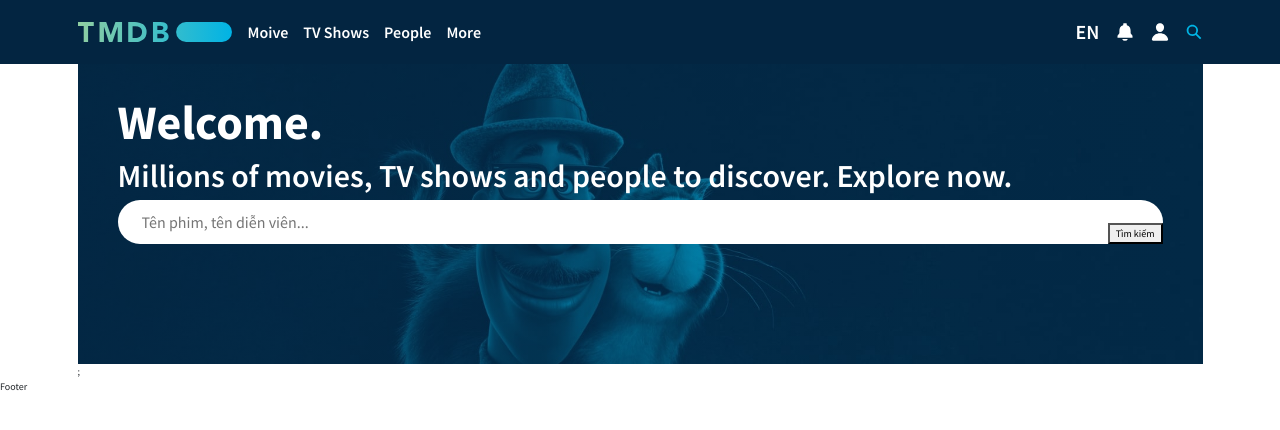
Repository: nguyennam1029/TMDB-App
Page: /
An editor plug-in stored every save of this project. The page is shown before and after the next save, followed by the edit.
The browser window is 1280 px wide. The pictures show the whole page.
The project was rebuilt for these pictures with package versions that can differ from the ones it lists, and the page was loaded fresh each time. Also part of the build but not shown: src/components/ui/HeroCart/heroCart.css, src/components/ui/HeroCart/HeroCart.jsx, src/page/Search.jsx. Imported but missing from the stored project, and not drawn on this page: src/components/ui/ListHero/ListHero, src/page/HeroDetail.

Above is the page before, as saved 2022-09-26 20:21:48.

### public/index.html
<!DOCTYPE html>
<html lang="en">
  <head>
    <meta charset="utf-8" />
    <link rel="icon" href="%PUBLIC_URL%/favicon.ico" />
    <meta name="viewport" content="width=device-width, initial-scale=1" />
    <meta name="theme-color" content="#000000" />
    <meta
      name="description"
      content="Web site created using create-react-app"
    />
    <link rel="apple-touch-icon" href="%PUBLIC_URL%/logo192.png" />
    <!--
      manifest.json provides metadata used when your web app is installed on a
      user's mobile device or desktop. See https://developers.google.com/web/fundamentals/web-app-manifest/
    -->
    <link rel="manifest" href="%PUBLIC_URL%/manifest.json" />
    <!--
      Notice the use of %PUBLIC_URL% in the tags above.
      It will be replaced with the URL of the `public` folder during the build.
      Only files inside the `public` folder can be referenced from the HTML.

      Unlike "/favicon.ico" or "favicon.ico", "%PUBLIC_URL%/favicon.ico" will
      work correctly both with client-side routing and a non-root public URL.
      Learn how to configure a non-root public URL by running `npm run build`.
    -->
    <link
      rel="stylesheet"
      href="https://cdn.jsdelivr.net/npm/bootstrap@5.1.0/dist/css/bootstrap.min.css"
    />
    <title>React App</title>
  </head>
  <body>
    <noscript>You need to enable JavaScript to run this app.</noscript>
    <div id="root"></div>
    <!--
      This HTML file is a template.
      If you open it directly in the browser, you will see an empty page.

      You can add webfonts, meta tags, or analytics to this file.
      The build step will place the bundled scripts into the <body> tag.

      To begin the development, run `npm start` or `yarn start`.
      To create a production bundle, use `npm run build` or `yarn build`.
    -->
  </body>
</html>

### src/index.js
import React from "react";
import ReactDOM from "react-dom/client";
import { BrowserRouter as Router } from "react-router-dom";

import { Provider } from "react-redux";
import store from "./store";
import "./index.css";
import App from "./App";

const root = ReactDOM.createRoot(document.getElementById("root"));
root.render(
  <React.StrictMode>
    <Provider store={store}>
      <Router>
        <App />
      </Router>
    </Provider>
  </React.StrictMode>
);

// If you want to start measuring performance in your app, pass a function
// to log results (for example: reportWebVitals(console.log))
// or send to an analytics endpoint. Learn more: https://bit.ly/CRA-vitals

### src/store.js
import rootReducer from "./redux/reducers";

import { createStore } from "redux";
const store = createStore(
  rootReducer,
  window.__REDUX_DEVTOOLS_EXTENSION__ && window.__REDUX_DEVTOOLS_EXTENSION__()
);

export default store;

### src/index.css
@import url('https://fonts.googleapis.com/css2?family=Source+Sans+Pro:wght@200;300;400;600;700;900&display=swap');

html {
  font-size: 62.5%;
}

body {
  font-family: 'Source Sans Pro',
    sans-serif;

}

:root {
  --primary-text-color: #fff;
}

*,
*::before,
*::after {
  box-sizing: border-box;
}




img,
picture,
video,
canvas,
svg {
  display  : block;
  max-width: 100%;
}

input,
button,
textarea,
select {
  outline: none;
}

p,
h1,
h2,
h3,
h4,
h5,
h6 {
  overflow-wrap: break-word;
}

a {
  color          : inherit;
  text-decoration: none;
}

ul {
  padding: 0;
  margin : 0;
}

li {
  list-style: none;
}

### src/redux/reducers.js
const initState = {
  search: "",
  selectItem: {},
  listHeros: [],
};

const rootReducer = (state = initState, action) => {
  switch (action.type) {
    case "listHeros":
      return {
        ...state,
        listHeros: action.payload,
      };
    case "selectItem":
      return {
        ...state,
        selectItem: action.payload,
      };
    case "seachrItem":
      return {
        ...state,
        search: action.payload,
      };
    default:
      return state;
  }
};
export default rootReducer;

### src/components/Layout/Layout.jsx
import React from "react";

import Header from "../Header/Header";
import Footer from "../Footer/Footer";
// import Routers from "../../routes/Routers";
import Routers from "../../routes/Routers";

const Layout = () => {
  return (
    <>
      <Header />
      <Routers />
      <Footer />
    </>
  );
};

export default Layout;

### src/components/Header/Header.jsx
import React from "react";

import { Link, useNavigate } from "react-router-dom";
import { useState } from "react";
import { useDispatch } from "react-redux";
import { seachrItem } from "../../redux/action";
import { useEffect } from "react";
import {
  IoSearchOutline,
  IoNotificationsSharp,
  IoPerson,
  IoSearchSharp,
} from "react-icons/io5";
import { Container } from "react-bootstrap";
import Dropdown from "react-bootstrap/Dropdown";
import { NavLink } from "react-router-dom";
import logo from "../../assets/images/logo.svg";
import "./header.css";
const Header = () => {
  // const dispatch = useDispatch();
  // const [searchName, setSearchName] = useState("");
  // const Navigate = useNavigate();
  // const handleOnchange = (value) => {
  //   value !== "" ? Navigate("/seachr") : Navigate("/");
  //   setSearchName(value);
  // };

  // useEffect(() => {
  //   dispatch(seachrItem(searchName));
  // }, [searchName]);
  // return (
  //   <ul>
  //     <li>
  //       <Link to={"/home"} onClick={() => setSearchName("")}>
  //         Home
  //       </Link>
  //     </li>
  //     <li>
  //       <input
  //         type="text"
  //         value={searchName}
  //         placeholder="Tìm kiếm"
  //         onChange={(e) => {
  //           handleOnchange(e.target.value);
  //         }}
  //       />
  //     </li>
  //     <li>
  //       Tim kiem <IoSearchOutline />
  //     </li>
  //   </ul>
  // );
  //CÁC MENU ITEM
  const NavItemLinks = [
    {
      display: "Moive",
      url: "/moive",
    },
    {
      display: "TV Shows",
      url: "/tvshows",
    },
    {
      display: "People",
      url: "/people",
    },
    {
      display: "More",
      url: "/More",
    },
  ];
  return (
    <div className="header">
      <Container>
        <div className="nav d-flex align-items-center justify-content-between">
          <div className="nav__left d-flex align-items-center justify-content-center mr-3">
            <NavLink to="/" className="nav__left--img d-block">
              <img src={logo} alt="" />
            </NavLink>

            <ul className="nav__list d-flex align-items-center gap-4">
              {NavItemLinks.map((item, index) => (
                <li className="nav__item" key={index}>
                  <NavLink
                    to={item.url}
                    className={(navClass) =>
                      navClass.isActive ? "active" : ""
                    }
                  >
                    {item.display}
                  </NavLink>
                </li>
              ))}
            </ul>
          </div>
          <div className="nav__right">
            <ul className="nav__list d-flex align-items-center gap-4">
              <li className="nav__item nav__right--item">
                <NavLink
                  to="en"
                  className={(navClass) => (navClass.isActive ? "active" : "")}
                >
                  EN
                </NavLink>
              </li>

              <li className="nav__item nav__right--item">
                <NavLink
                  to="noti"
                  className={(navClass) => (navClass.isActive ? "active" : "")}
                >
                  <IoNotificationsSharp />
                </NavLink>
              </li>

              <li className="nav__item nav__right--item">
                <NavLink
                  to="user"
                  className={(navClass) => (navClass.isActive ? "active" : "")}
                >
                  <IoPerson />
                </NavLink>
              </li>

              <li className="nav__item nav__right--item search">
                <NavLink
                  to="user"
                  className={(navClass) => (navClass.isActive ? "active" : "")}
                >
                  <IoSearchSharp />
                </NavLink>
              </li>
            </ul>
          </div>
        </div>
      </Container>
    </div>
  );
};
export default Header;

### src/components/Footer/Footer.jsx
import React from "react";

const Footer = () => {
  return <div>Footer</div>;
};
export default Footer;

### src/routes/Routers.jsx
import { Routes, Route, Navigate } from "react-router-dom";

import React from "react";

import { HomePage } from "../page/Home";
import { HeroDetail } from "../page/HeroDetail";
import { Search } from "../page/Search";

const Routers = () => {
  return (
    <Routes>
      <Route path="/" element={<Navigate to="/Home" />} />
      <Route path="/Home" element={<HomePage />} />
      <Route path="/Home/:id" element={<HeroDetail />} />
      <Route path="/seachr" element={<Search />} />
    </Routes>
  );
};
export default Routers;

### src/redux/action.js
export const getListHeros = (heros) => {
  return {
    type: "listHeros",
    payload: heros,
  };
};

export const selectItem = (item) => {
  return {
    type: "selectItem",
    payload: item,
  };
};

export const seachrItem = (item) => {
  return {
    type: "seachrItem",
    payload: item,
  };
};
// export 1 cái getListHeros thì lại đc
// => ko thể sử dụng cú pháp export const getListHeros = (heros) => {...}

// export default getListHeros; export 1 cái thì không lỗi

// export { getListHeros, testt }; cách này củng lỗi

### src/components/Header/header.css
.header {
    background-color: #032541;
    display         : flex;
    justify-content : center;
    align-items     : center;
    position        : fixed;
    top             : 0;
    left            : 0;

    height    : 64px;
    width     : 100%;
    z-index   : 10;
    transition: top 0.2s linear;

}

.nav__left--img {
    width       : 154px;
    height      : auto;
    margin-right: 16px;
}

.nav__left--img img {
    width: 100%;
}

.nav__item {
    font-size  : 1.6rem;
    color      : var(--primary-text-color);
    font-weight: 600;
}

.nav__right--item {
    font-size  : 2rem;
    font-weight: 600;
}

.nav__right--item.search {
    font-size  : 1.8rem;
    color      : #01b4e4;
    font-weight: 800;

}

### src/page/Home.jsx
import React from "react";
import { Banner } from "../components/Banner/Banner";
import { ListHero } from "../components/ui/ListHero/ListHero";
// import Slider from "../components/ui/Slider/Slider";

export const HomePage = () => {
  return (
    <div>
      <Banner />
      {/* <ListHero /> */}
    </div>
  );
};

### src/components/Banner/Banner.jsx
import React from "react";

import { Container } from "react-bootstrap";
import "./banner.css";
export const Banner = () => {
  return (
    <Container>
      <div className="banner">
        <div className="banner-content">
          <div className="banner-title">
            <h2>Welcome.</h2>
            <h3>
              Millions of movies, TV shows and people to discover. Explore now.
            </h3>
          </div>
          <div className="banner-search">
            <input type="text" placeholder="Tên phim, tên diễn viên..." />
            <button>Tìm kiếm</button>
          </div>
        </div>
      </div>
      ;
    </Container>
  );
};

### src/components/Banner/banner.css
.banner {
    margin-top: 64px;
    background-image: linear-gradient(to right, rgba(3, 37, 65, 0.8) 0%, rgba(3, 37, 65, 0) 100%),
        url("../../assets/images/banner.jpg");
    min-height: 300px;

    max-height         : 360px;
    background-position: top center;
    background-size    : cover;
    background-repeat  : no-repeat;
    color              : #fff;
}

.banner-content {
    padding: 30px 40px;
}

.banner-title {}

.banner-title h2 {
    font-size  : 4.8rem;
    font-weight: 700;
}

.banner-title h3 {
    font-size  : 3.2rem;
    font-weight: 600;
}

.banner-search {
    width   : 100%;
    position: relative;
}

.banner-search input {
    width                : 100%;
    padding              : 10px 24px;
    border               : none;
    font-size            : 1.6rem;
    border-radius        : 6rem;
    -webkit-border-radius: 6rem;
    -moz-border-radius   : 6rem;
    -ms-border-radius    : 6rem;
    -o-border-radius     : 6rem;
}

.banner-search button {
    position: absolute;
    bottom  : 0;
    right   : 0;
}

Loaded but not shown: src/App.js (common file)

After the next save:
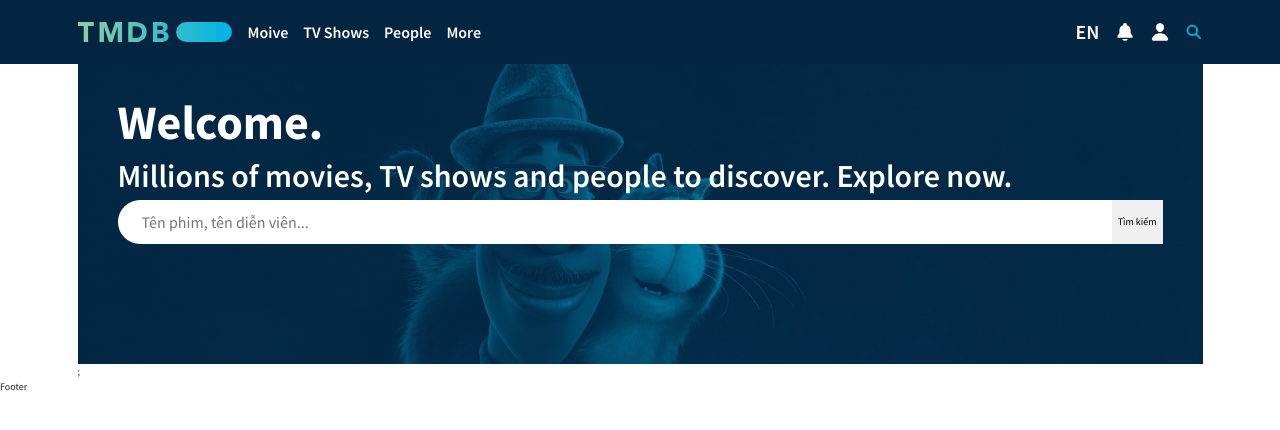
Saved 21 s later.
--- a/src/components/Banner/banner.css
+++ b/src/components/Banner/banner.css
@@ -48,4 +48,6 @@
     position: absolute;
     bottom  : 0;
     right   : 0;
+    height  : 100%;
+    border  : none;
 }
